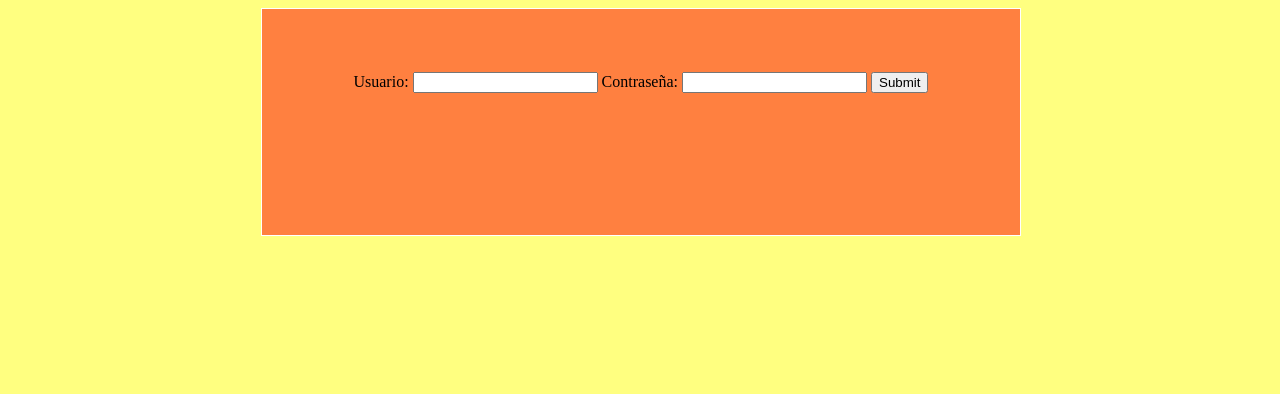
Repository: salvadorsobrino/Ejercicio5ServletJSP
Page: http://localhost/Ejercicio5/
The author's editor kept a copy of each file at every save. The page is drawn from the files as they stood at one save, then again after a run of saves.
The browser window is 1280 px wide. The pictures show the whole page.
The page is served by Tomcat 9. Other server files are loaded and not shown.

Above is the page before, as saved 2022-03-11 09:33:14.

### Ejercicio5/src/main/webapp/index.html
<!DOCTYPE html>
<html>
<head>
<meta charset="UTF-8">
<link rel='stylesheet' type='text/css' media='screen' href='index.css'>
<title>Ejercicio5</title>
<link rel="icon" href="icono.png">
</head>
<body>
	<form id="formulario" action="Servlet" method="post">
	Usuario:
	<input type="text" name="usuario">
	Contraseña:
	<input type="password" name="contrasena">
	<input type="submit">

	</form>
</body>
</html>

### Ejercicio5/src/main/webapp/index.css
/* Hoja de estilo index */
h1{
	 color: orange;
}
body{
	background-color: rgb(255, 255, 128);
    background-size: cover;
}
#formulario{
	background-color: rgb(255, 128, 64);
	border-style: solid;
	border-width: thin;
	border-color: white;
	width: 50%;
	height: 100px;
	margin-left: 20%;
	text-align:center;
	padding: 5%;

}
a:link {
    /* Enlaces no visitados */
    color: rgb(255, 128, 64);
}

a:visited {
    /* Enlaces visitados */
    color: rgb(255, 128, 0);
}

a:hover, a:focus {
    color: rgb(153, 72, 6);
    /* El usuario esta sobre el enlace */
}

a:active {
    color: rgb(255, 94, 0);
    /* El usuario hace click en el enlace */
}

After the next 2 saves:
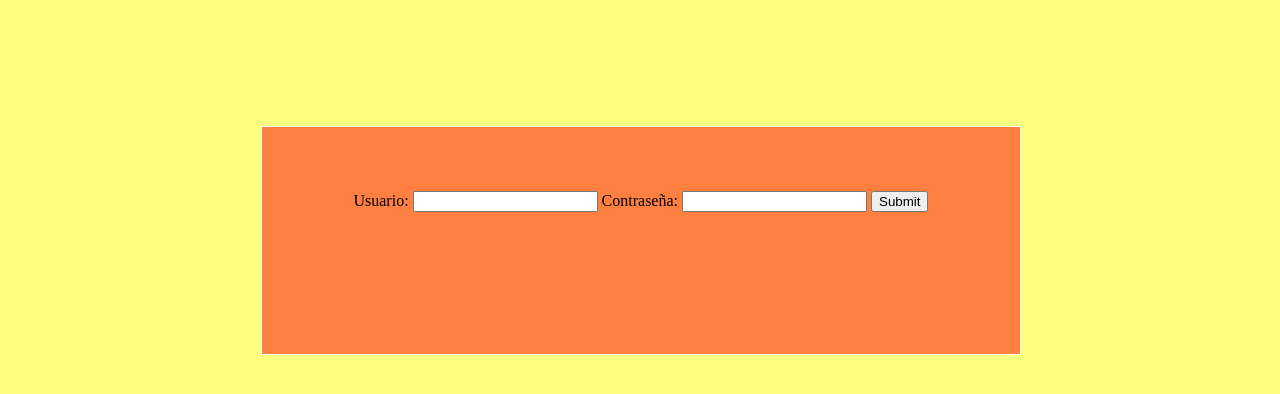
The 2 saves are shown as one change because they came seconds apart.
The last was saved 7 s later.
--- a/Ejercicio5/src/main/webapp/index.css
+++ b/Ejercicio5/src/main/webapp/index.css
@@ -13,6 +13,7 @@ body{
 	border-color: white;
 	width: 50%;
 	height: 100px;
+	margin-top: 10%;
 	margin-left: 20%;
 	text-align:center;
 	padding: 5%;
